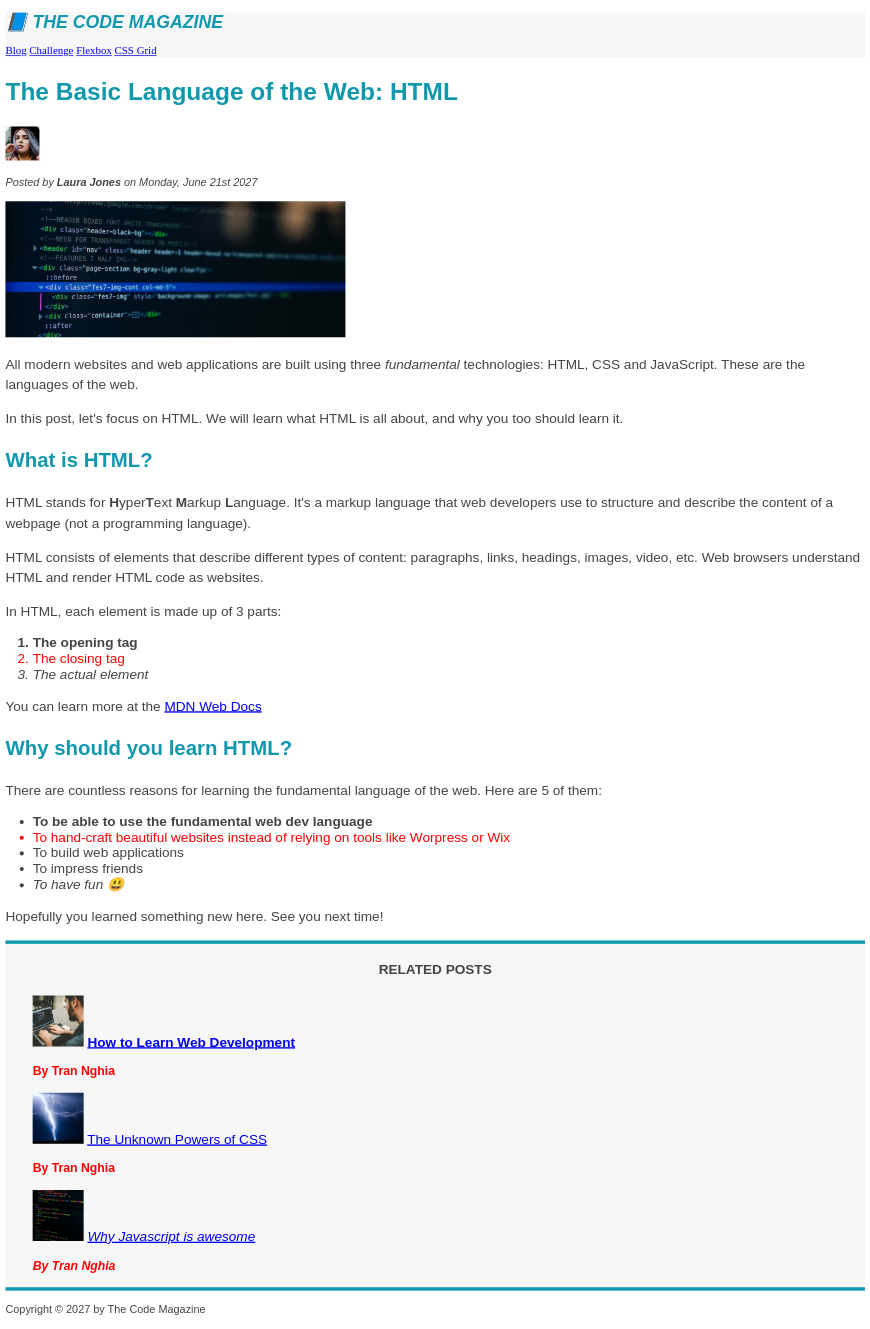
Repository: nghiakma/HTML-CSS-Fundamental
Page: HTML/index.html
An editor plug-in stored every save of this project. The page is shown before and after the next save, followed by the edit.
The browser window is 1280 px wide. The pictures show the whole page, at 68% of full size.

Above is the page before, as saved 2023-08-20 17:30:19.

### HTML/index.html
<!DOCTYPE html>
<html lang="en">

<head>
  <meta charset="UTF-8">
  <meta name="viewport" content="width=device-width, initial-scale=1.0">
  <title>The Basic Language of the web: HTML</title>
  <link rel="stylesheet" href="/CSS/index.css">
</head>

<body>
  <header class="main-header">
    <h1>📘 The Code Magazine</h1>
    <nav>
      <a href="#">Blog</a>
      <a href="#">Challenge</a>
      <a href="#">Flexbox</a>
      <a href="#">CSS Grid</a>
    </nav>
  </header>

  <article>
    <header>
      <h2>The Basic Language of the Web: HTML</h2>
      <img src="./laura-jones.jpg" alt="Headshot of Laura Jones" height="50" width="50">
      <p id="author">Posted by <strong>Laura Jones</strong> on Monday, June 21st 2027</p>
      <img src="./post-img.jpg" alt="HTML code on a screen" width="500" height="200">
    </header>
    <p>
      All modern websites and web applications are built using three <em>fundamental</em> technologies: HTML, CSS and
      JavaScript.
      These are the languages of the web.
    </p>
    <p>
      In this post, let's focus on HTML. We will learn what HTML is all about, and why you too should learn it.
    </p>
    <h3>What is HTML?</h3>
    <p>
      HTML stands for <strong>H</strong>yper<strong>T</strong>ext <strong>M</strong>arkup <strong>L</strong>anguage.
      It's
      a markup language that web developers use to structure and describe
      the content of a webpage (not a programming language).
    </p>
    <p>
      HTML consists of elements that describe different types of content: paragraphs, links, headings, images, video,
      etc.
      Web browsers understand HTML and render HTML code as websites.
    </p>
    <p>In HTML, each element is made up of 3 parts:</p>
    <ol>
      <li>The opening tag</li>
      <li>The closing tag</li>
      <li>The actual element</li>
    </ol>
    <p>You can learn more at the <a href="https://developer.mozilla.org/en-US/docs/Web/HTML" target="_blank">MDN Web
        Docs</a></p>
    <h3>Why should you learn HTML?</h3>
    <p>There are countless reasons for learning the fundamental language of the web. Here are 5 of them:</p>
    <ul>
      <li>To be able to use the fundamental web dev language</li>
      <li>To hand-craft beautiful websites instead of relying on tools like Worpress or Wix</li>
      <li>To build web applications</li>
      <li>To impress friends</li>
      <li>To have fun 😃</li>
    </ul>
    <p>Hopefully you learned something new here. See you next time!</p>
  </article>

  <!--Thuong duoc su dung de bo sung thong tin cho trang chinh
  Xác định nội dung nằm bên cạnh nội dung của trang-->
  <aside>
    <h4>Related posts</h4>

    <ul class="related">
      <li>
        <img src="./related-1.jpg" alt="Person programming" width="75" height="75">
        <a href="#">How to Learn Web Development</a>
        <p class="related-author">By Tran Nghia</p>
      </li>
      <li>
        <img src="./related-2.jpg" alt="Powers" width="75" height="75">
        <a href="#">The Unknown Powers of CSS</a>
        <p class="related-author">By Tran Nghia</p>
      </li>
      <li>
        <img src="./related-3.jpg" alt="Javascript" width="75" height="75">
        <a href="#">Why Javascript is awesome</a>
        <p class="related-author">By Tran Nghia</p>
      </li>
    </ul>
  </aside>

  <footer>
    <p id="copyright">Copyright &copy; 2027 by The Code Magazine</p>
  </footer>
</body>

</html>

### CSS/index.css
h1,
h2,
h3,
h4,
p,
li {
  font-family: sans-serif;
  color: #444;
}
h1,
h2,
h3 {
  color: #1098ad;
}
h1 {
  font-size: 26px;
  text-transform: uppercase;
  font-style: italic;
}
h2 {
  font-size: 36px;
}
h3 {
  font-size: 30px;
}
h4 {
  font-size: 20px;
  text-transform: uppercase;
  text-align: center;
}
p {
  font-size: 20px;
  line-height: 1.5;
}
li {
  font-size: 20px;
}
/* footer p {
  font-size: 16px;
} */
/* article header p {
  font-style: italic;
} */
#author {
  font-style: italic;
  font-size: 16px;
}
#copyright {
  font-size: 16px;
}
.related-author {
  font-size: 18px;
  font-weight: bold;
}
.related {
  list-style: none;
}
.main-header {
  background-color: #f7f7f7;
}
aside {
  background-color: #f7f7f7;
  border-top: 5px solid #1098ad;
  border-bottom: 5px solid #1098ad;
}
li:first-child {
  font-weight: bold;
}
li:last-child {
  font-style: italic;
}
li:nth-child(2) {
  color: red;
}
aside p:last-child {
  color: red;
}

After the next save:
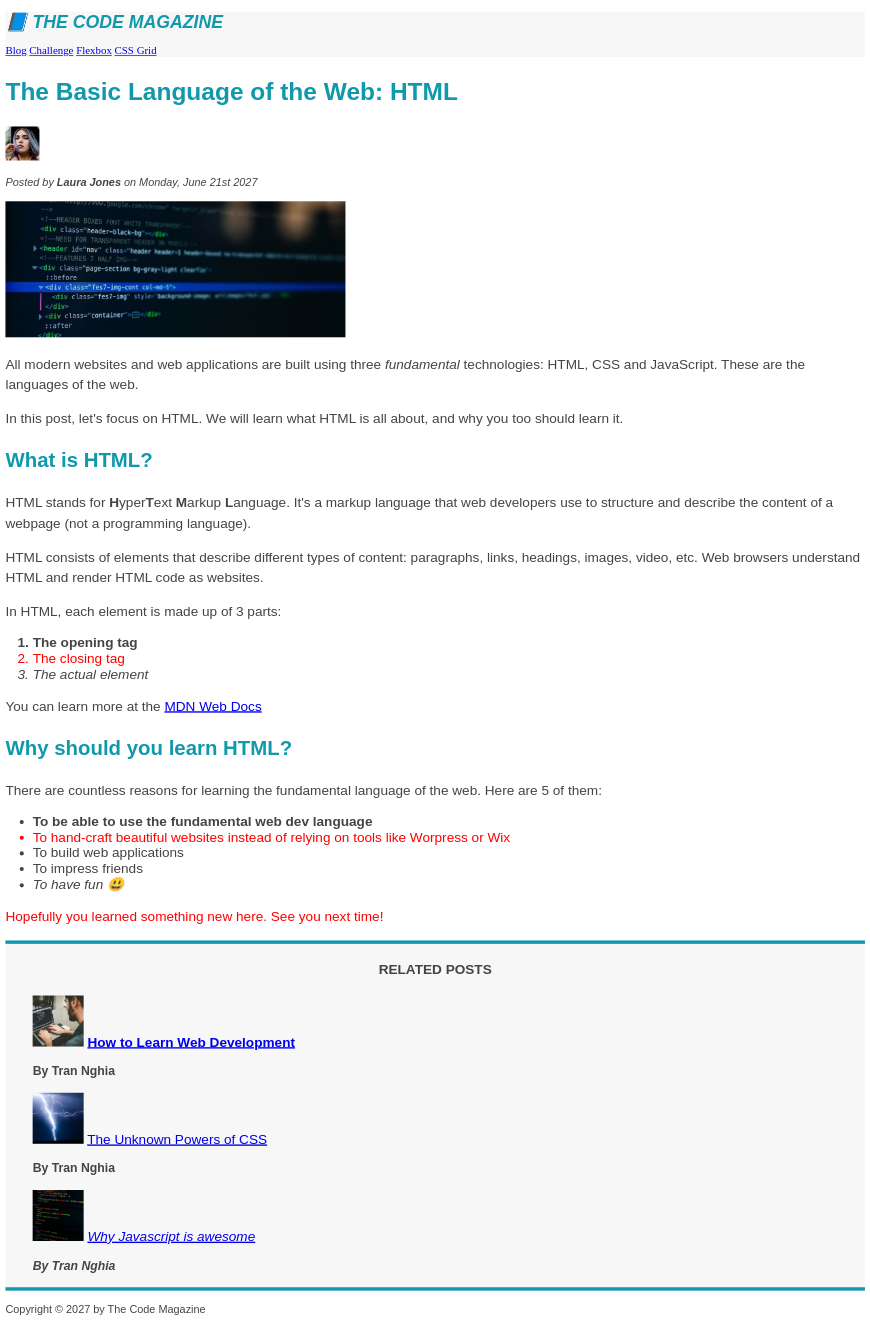
Saved 15 s later.
--- a/CSS/index.css
+++ b/CSS/index.css
@@ -72,6 +72,6 @@ li:last-child {
 li:nth-child(2) {
   color: red;
 }
-aside p:last-child {
+article p:last-child {
   color: red;
 }
